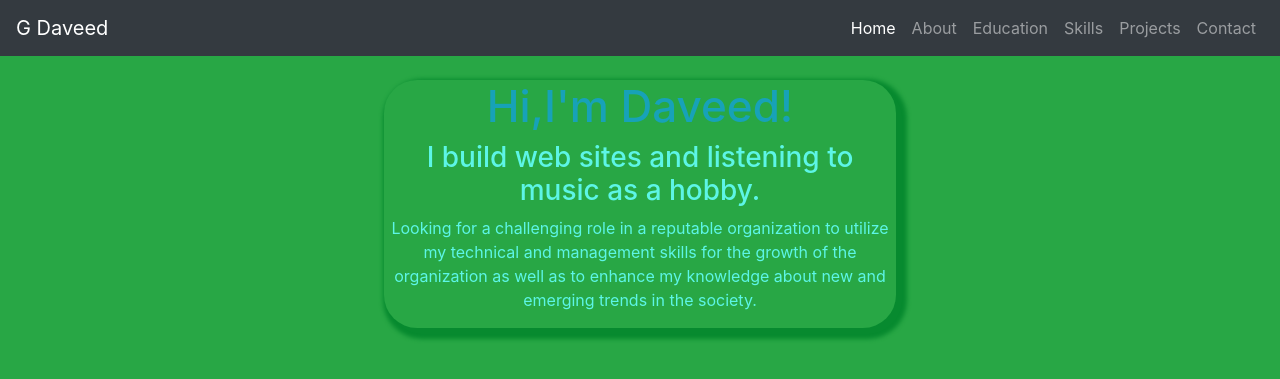
Repository: DaveedGangi/DaveedWebsite
Page: one.html
The author's editor kept a copy of each file at every save. The page is drawn from the files as they stood at one save, then again after the next save.
The browser window is 1280 px wide. The pictures show the whole page.
Pictures or frames that could not be fetched are drawn as grey boxes.

Above is the page before, as saved 2023-10-23 12:05:07.

After the next save:
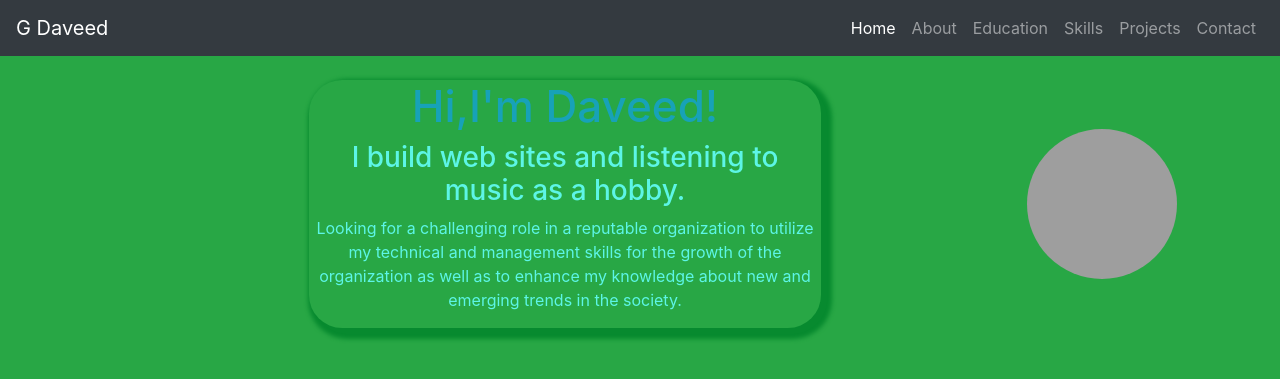
Saved 6 s later.
--- a/two.css
+++ b/two.css
@@ -46,7 +46,7 @@
     .image1{
         display:none;
     }
-    .imgage2{
+    .image2{
         display: block;
     }
 
